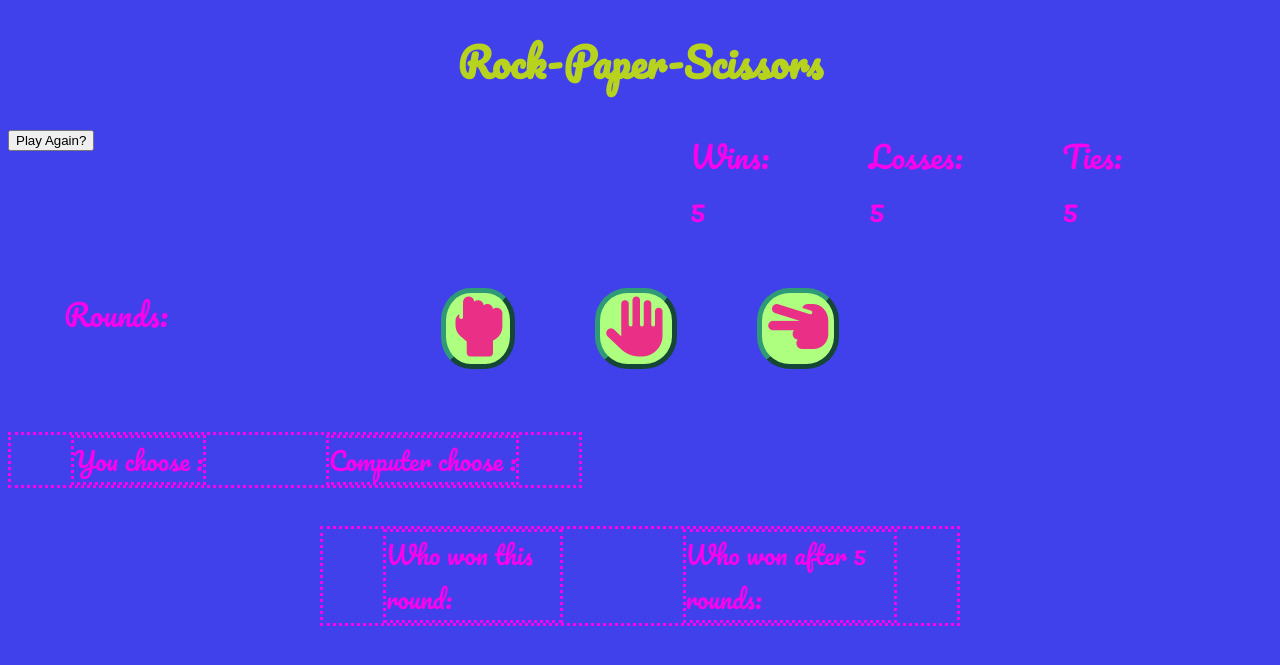
Repository: 0101chaitanya/Rock-Paper-Scissors
Page: index.html
The author's editor kept a copy of each file at every save. The page is drawn from the files as they stood at one save, then again after the next save.
The browser window is 1280 px wide. The pictures show the whole page.
Some web libraries are served in a nearby version.

Above is the page before, as saved 2021-05-15 15:31:27.
Not found: linkk.js

### index.html
<!DOCTYPE html>
<html>

<head>
    <meta charset="utf-8">
    <title>Rock-Paper-Scissors</title>
    <link rel="stylesheet" href="style.css">
    <script src="https://kit.fontawesome.com/3dcaf9f6de.js" crossorigin="anonymous"></script>
    <link rel="preconnect" href="https://fonts.gstatic.com">
    <link href="https://fonts.googleapis.com/css2?family=Pacifico&display=swap" rel="stylesheet">
</head>

<body>
    <h1 id="welcome">Rock-Paper-Scissors</h1>
    <div id="div1">
        <span id="wins" class="score">Wins: 5</span>
        <span id="losses" class="score">Losses: 5</span>
        <span id="ties" class="score">Ties: 5</span>
    </div>
    <div id="div2">
        <span id="rounds">Rounds:</span>
    </div>
    <div id="div3">
        <button class="square" id="holder1" href="#"><i class="fas fa-hand-rock"></i></button>
        <button class="square" id="holder2" href="#"><i class="fas fa-hand-paper"></i></button>
        <button class="square" id="holder3" href="#"><i class="fas fa-hand-scissors"></i></button>
    </div>
    <div id="div4">
        <span id="you" class="player">You choose :</span>
        <span id="computer" class="player">Computer choose :</span>
    </div>
    <div id="div5">
        <span id="roundwin" class="round">Who won this round:</span>
        <span id="round5er" class="round">Who won after 5 rounds:</span>
    </div>
    <button id="repeat">Play Again?</button>
    <script type="text/javascript" src="linkk.js"></script>
</body>

</html>

### style.css
html{
    margin: 0;
    font-family: 'Pacifico', cursive;
    background-color:rgb(65, 65, 236);
display: block;
}

h1  {
       text-align: center;
     color:rgb(184, 211, 30) ;
    font-size: 40px;
}
#div1{
     display: flex;
     justify-content: space-evenly;
     font-size: 30px;
     color:rgb(248, 3, 236);
    position : fixed;
    top: 18%;
    left: 50%;
    right: 50%;
    }
.score {
        margin: auto 50px ;
    }
#div2 {
     display: flex;
     justify-content: space-evenly;
     font-size: 30px;
     color:rgb(248, 3, 236);
    position : fixed;
    top: 40%;
    left: 5%;
}
 #div3 {
display: flex;
flex-direction: row;
justify-content:center;
position: fixed;
top: 40%;
align-content: center;
left: 50%;
right: 50%;
padding:0;
  }
.square{
    background-color: rgb(174, 255, 127);
    font-size: 60px;
    display: inline-block;
color: rgb(233, 47, 134);
border-radius: 40%;
border-width: 5px;
border-color:rgb(46, 155, 118);
margin:auto 40px;
}
#div4 {
     display: flex;
     flex-direction: row;
     justify-content: center;
     font-size: 25px;
     color:rgb(248, 3, 236);
    position : fixed;
    top: 60%;
    padding: auto;
    border-style:dotted;

}
.player {
    margin: auto 60px;
    display: flex;
    flex-direction: row;
    border-style:dotted;
    flex-wrap: nowrap;

}
#div5 {
     display: flex;
     flex-direction: row;
     justify-content: center;
     font-size: 25px;
     color:rgb(248, 3, 236);
    position : fixed;
    top: 73%;
    left: 25%;
    right: 25%;
    padding: auto;
    border-style:dotted;

}
.round {
    margin: auto 60px;
    display: flex;
    flex-direction: row;
    border-style:dotted;
    flex-wrap: nowrap;
}

After the next save:
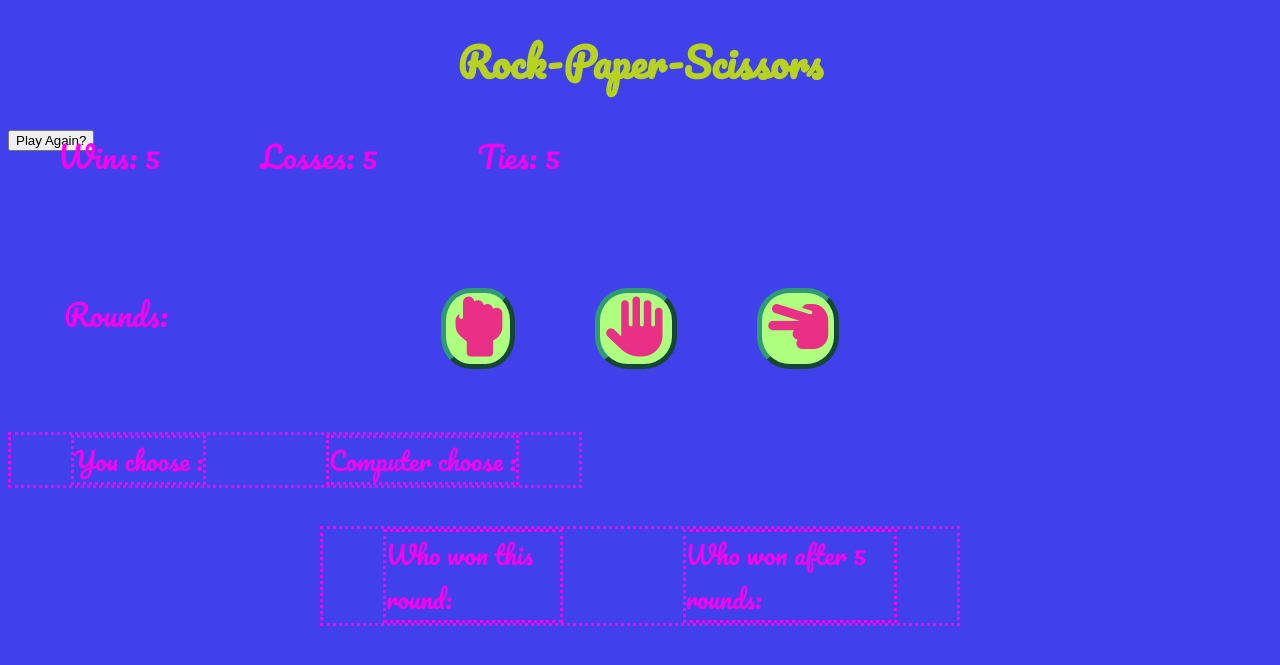
Saved 105 s later.
--- a/style.css
+++ b/style.css
@@ -17,11 +17,14 @@ h1  {
      color:rgb(248, 3, 236);
     position : fixed;
     top: 18%;
-    left: 50%;
-    right: 50%;
     }
 .score {
         margin: auto 50px ;
+    }
+    #wins{
+        left: 50%;
+    right: 50%;
+
     }
 #div2 {
      display: flex;
